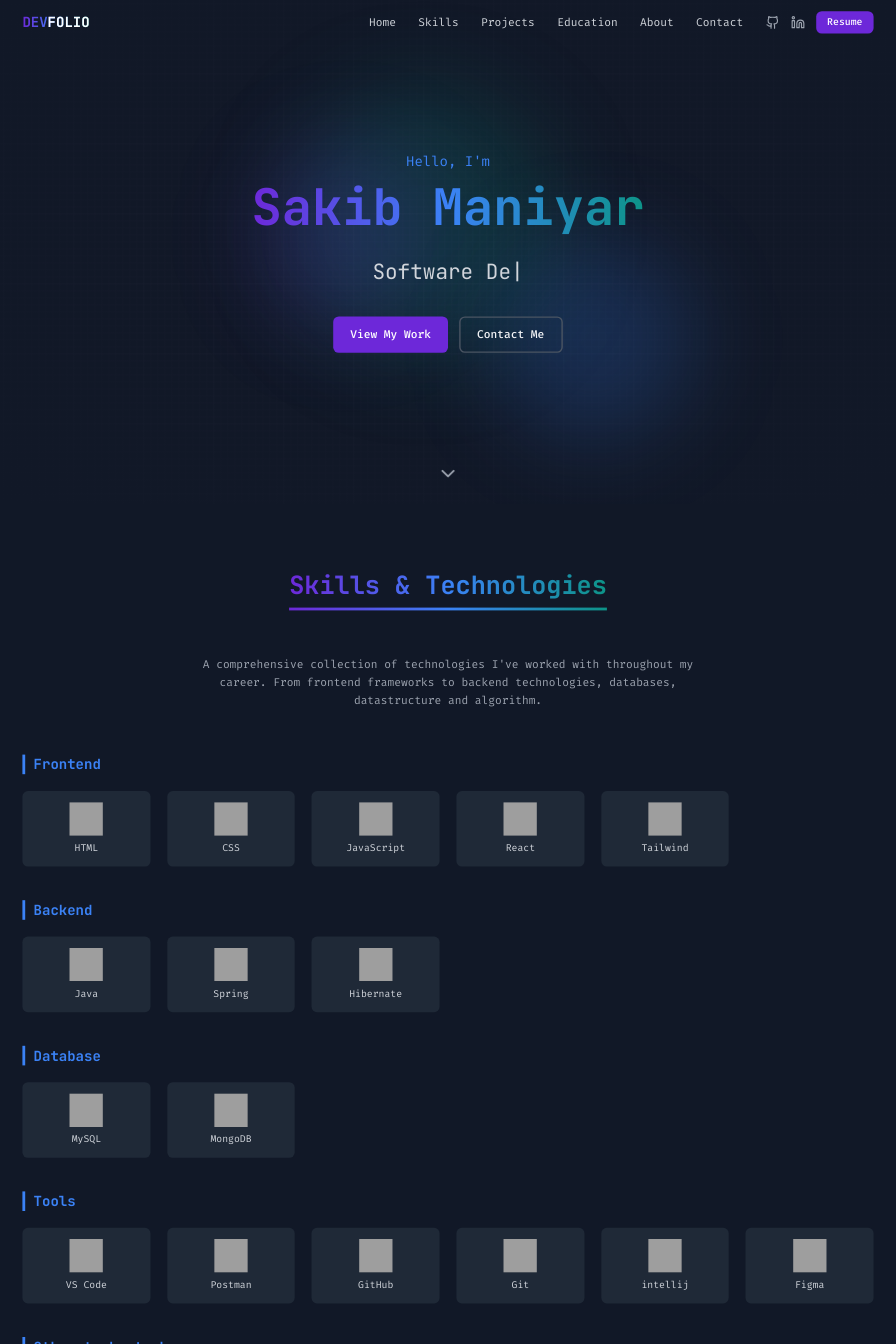
Repository: Saquib45/portfolio
Page: /
These files come from the project's save history. The page is drawn as it stood at one moment and after the next save; the edit follows.
The browser window is 1280 px wide. The pictures show the part of the page from y = 0 to 1920 px (the page is 7649 px tall), at 70% of full size.
Pictures or frames that could not be fetched are drawn as grey boxes. The project was rebuilt for these pictures with package versions that can differ from the ones it lists, and the page was loaded fresh each time. Also part of the build but not shown: vite.config.ts.

Above is the page before, as saved 2025-09-02 14:26:50.

### index.html
<!doctype html>
<html lang="en">
  <head>
    <meta charset="UTF-8" />
    <link rel="icon" type="image/jpeg" href="data:[embedded picture, 17475 characters]" />
    <meta name="viewport" content="width=device-width, initial-scale=1.0" />
    <title>Sakib Portfolio</title>
    <link rel="preconnect" href="https://fonts.googleapis.com">
    <link rel="preconnect" href="https://fonts.gstatic.com" crossorigin>
    <link href="https://fonts.googleapis.com/css2?family=JetBrains+Mono:wght@400;500;700&family=Fira+Code:wght@300;400;500;700&display=swap" rel="stylesheet">
  </head>
  <body>
    <div id="root"></div>
    <script type="module" src="/src/main.tsx"></script>
  </body>
</html>

### src/App.tsx
import React from 'react';
import Navbar from './components/Navbar';
import Hero from './components/Hero';
import Skills from './components/Skills';
import Projects from './components/Projects';
import Education from './components/Education';
import About from './components/About';
import Contact from './components/Contact';
import Footer from './components/Footer';
import FloatingNav from './components/FloatingNav';

function App() {
  return (
    <div className="bg-gray-900 text-gray-100 font-fira">
      <Navbar />
      <main>
        <Hero />
        <Skills />
        <Projects />
        <Education />
        <About />
        <Contact />
      </main>
      <Footer />
      <FloatingNav />
    </div>
  );
}

export default App;

### src/index.css
@tailwind base;
@tailwind components;
@tailwind utilities;

@layer base {
  html {
    scroll-behavior: smooth;
  }

  body {
    @apply bg-gray-900 text-gray-100;
    overflow-x: hidden;
  }

  h1, h2, h3, h4, h5, h6 {
    @apply font-jetbrains font-bold;
  }

  h1 {
    @apply text-4xl md:text-5xl lg:text-6xl;
  }

  h2 {
    @apply text-3xl md:text-4xl;
  }

  h3 {
    @apply text-2xl md:text-3xl;
  }

  p {
    @apply leading-relaxed;
  }
}

@layer components {
  .container-custom {
    @apply container mx-auto px-4 sm:px-6 lg:px-8 max-w-7xl;
  }

  .gradient-text {
    @apply bg-clip-text text-transparent bg-gradient-to-r from-primary via-accent to-secondary;
  }

  .section-padding {
    @apply py-16 md:py-24;
  }

  .section-title {
    @apply text-3xl md:text-4xl font-bold mb-12 text-center relative pb-4 inline-block;
  }

  .section-title::after {
    content: '';
    @apply absolute bottom-0 left-0 w-full h-1 bg-gradient-to-r from-primary via-accent to-secondary;
  }

  .card {
    @apply bg-gray-800 rounded-lg p-6 transition-all;
  }

  .btn {
    @apply inline-flex items-center justify-center px-6 py-3 rounded-lg font-medium transition-all duration-300 focus:outline-none focus:ring-2 focus:ring-offset-2 focus:ring-offset-gray-900;
  }

  .btn-primary {
    @apply bg-primary hover:bg-primary-600 text-white focus:ring-primary;
  }

  .btn-secondary {
    @apply bg-secondary hover:bg-secondary-600 text-white focus:ring-secondary;
  }

  .btn-accent {
    @apply bg-accent hover:bg-accent-600 text-white focus:ring-accent;
  }

  .btn-outline {
    @apply border-2 border-gray-600 hover:border-primary hover:text-primary focus:ring-primary;
  }

  .input {
    @apply block w-full px-4 py-3 bg-gray-800 border border-gray-700 rounded-lg focus:outline-none focus:ring-2 focus:ring-primary focus:border-transparent transition-colors;
  }
}

/* Scroll animations */
.fade-in-section {
  opacity: 0;
  transform: translateY(20px);
  transition: opacity 0.6s ease-out, transform 0.6s ease-out;
}

.fade-in-section.is-visible {
  opacity: 1;
  transform: translateY(0);
}

/* Project card hover effect */
.project-card {
  transition: transform 0.3s ease, box-shadow 0.3s ease;
}

.project-card:hover {
  transform: translateY(-5px);
  box-shadow: 0 10px 20px rgba(0, 0, 0, 0.2);
}

/* Cursor animation */
.cursor {
  display: inline-block;
  width: 2px;
  height: 1em;
  background-color: currentColor;
  margin-left: 2px;
  animation: blink 1s infinite;
}

@keyframes blink {
  0%, 100% { opacity: 1; }
  50% { opacity: 0; }
}

/* Skill card hover effect */
.skill-card {
  transition: all 0.3s ease;
}

.skill-card:hover {
  transform: translateY(-5px);
  box-shadow: 0 0 15px rgba(109, 40, 217, 0.5);
}

### src/components/Hero.tsx
import React from 'react';
import { motion } from 'framer-motion';
import { TypeAnimation } from 'react-type-animation';
import { ChevronDown } from 'lucide-react';
import { Link } from 'react-scroll';

const Hero: React.FC = () => {
  return (
    <section
      id="hero"
      className="relative min-h-screen flex items-center justify-center bg-hero-pattern bg-gray-900 overflow-hidden"
    >
      <div className="absolute inset-0 bg-gradient-radial from-transparent to-gray-900 z-0"></div>

      {/* Animated Background Elements */}
      <div className="absolute inset-0 z-0">
        <motion.div
          className="absolute top-1/4 left-1/4 w-64 h-64 bg-primary/20 rounded-full blur-3xl"
          animate={{
            x: [0, 50, 0],
            y: [0, 30, 0],
          }}
          transition={{
            duration: 15,
            repeat: Infinity,
            ease: "easeInOut"
          }}
        />
        <motion.div
          className="absolute bottom-1/3 right-1/3 w-96 h-96 bg-secondary/20 rounded-full blur-3xl"
          animate={{
            x: [0, -70, 0],
            y: [0, 40, 0],
          }}
          transition={{
            duration: 18,
            repeat: Infinity,
            ease: "easeInOut",
            delay: 1
          }}
        />
        <motion.div
          className="absolute top-1/2 right-1/4 w-72 h-72 bg-accent/20 rounded-full blur-3xl"
          animate={{
            x: [0, 60, 0],
            y: [0, -40, 0],
          }}
          transition={{
            duration: 20,
            repeat: Infinity,
            ease: "easeInOut",
            delay: 2
          }}
        />
      </div>

      <div className="container-custom relative z-10">
        <motion.div
          className="text-center"
          initial={{ opacity: 0, y: 20 }}
          animate={{ opacity: 1, y: 0 }}
          transition={{ duration: 0.8 }}
        >
          <motion.p
            className="text-lg md:text-xl text-accent mb-4"
            initial={{ opacity: 0 }}
            animate={{ opacity: 1 }}
            transition={{ delay: 0.2, duration: 0.8 }}
          >
            Hello, I'm
          </motion.p>

          <motion.h1
            className="text-4xl md:text-6xl lg:text-7xl font-bold mb-6"
            initial={{ opacity: 0 }}
            animate={{ opacity: 1 }}
            transition={{ delay: 0.4, duration: 0.8 }}
          >
            <span className="gradient-text">Sakib Maniyar</span>
          </motion.h1>

          <motion.div
            className="text-xl md:text-3xl text-gray-300 mb-8 h-16 flex justify-center items-center"
            initial={{ opacity: 0 }}
            animate={{ opacity: 1 }}
            transition={{ delay: 0.6, duration: 0.8 }}
          >
            <TypeAnimation
              sequence={[
                'Fullstack Developer',
                2000,
                'Software Developer',
                2000,
                'Problem Solver',
                2000,
                'Code Craftsman',
                2000,
              ]}
              speed={50}
              repeat={Infinity}
              className="font-jetbrains"
            />
          </motion.div>

          <motion.div
            className="flex flex-col sm:flex-row justify-center gap-4"
            initial={{ opacity: 0 }}
            animate={{ opacity: 1 }}
            transition={{ delay: 0.8, duration: 0.8 }}
          >
            <Link
              to="projects"
              smooth={true}
              duration={800}
              offset={-70}
              className="btn btn-primary"
            >
              View My Work
            </Link>
            <Link
              to="contact"
              smooth={true}
              duration={800}
              offset={-70}
              className="btn btn-outline"
            >
              Contact Me
            </Link>
          </motion.div>
        </motion.div>
      </div>

      <div className="absolute bottom-8 left-1/2 transform -translate-x-1/2 z-10">
        <motion.div
          animate={{ y: [0, 10, 0] }}
          transition={{
            duration: 1.5,
            repeat: Infinity,
            ease: "easeInOut"
          }}
        >
          <Link
            to="skills"
            smooth={true}
            duration={800}
            className="cursor-pointer"
          >
            <ChevronDown className="w-8 h-8 text-gray-400 hover:text-white transition-colors" />
          </Link>
        </motion.div>
      </div>
    </section>
  );
};

export default Hero;

### src/components/Education.tsx
import React from 'react';
import { motion } from 'framer-motion';
import { useInView } from 'react-intersection-observer';

interface EducationItem {
  degree: string;
  institution: string;
  period: string;
  description: string;
}

const Education: React.FC = () => {
  const [ref, inView] = useInView({
    triggerOnce: true,
    threshold: 0.1,
  });

  const containerVariants = {
    hidden: { opacity: 0 },
    visible: {
      opacity: 1,
      transition: {
        staggerChildren: 0.3,
      },
    },
  };

  const itemVariants = {
    hidden: { x: -50, opacity: 0 },
    visible: {
      x: 0,
      opacity: 1,
      transition: { duration: 0.6, ease: "easeOut" },
    },
  };

  const education: EducationItem[] = [
    // {
    //   degree: "Master of Science in Computer Science",
    //   institution: "Stanford University",
    //   period: "2019 - 2021",
    //   description: "Specialized in Artificial Intelligence and Machine Learning. Completed thesis on 'Neural Network Optimization Techniques for Real-time Applications'."
    // },
    {
      degree: "Bachelor of Technology in Electronics and Telecommunication Engineering",
      institution: "Shri Guru Gobind Singhji Institute  Of Engineering And Information Technology",
      period: "2022-2026",
      description: "I am currently in my third year of engineering, actively pursuing a degree in Electronics and Telecommunication Engineering.With a strong academic foundation, I have maintained a CGPA of 8.3 so far.I'm passionate about technology and constantly working to enhance my skills in software development."
    },
    {
      degree: "Data Structure And Algorithm | Full Stack Web Development",
      institution: "Coding Academy",
      period: "Regularly",
      description: "My learning journey began with mastering Data Structures and Algorithms, building a strong foundation in problem-solving and logic.Alongside, I explored Web Development, gaining hands-on experience with HTML, CSS, JavaScript, and modern frameworks like React and Spring Boot.This combination has helped me grow as a well-rounded developer, capable of building efficient and dynamic applications."
    },
  ];

  return (
    <section id="education" className="section-padding bg-gray-900 relative overflow-hidden">
      <div className="container-custom">
        <div className="text-center mb-16">
          <h2 className="section-title inline-block">
            <span className="gradient-text">Education</span>
          </h2>
          <p className="mt-4 text-gray-400 max-w-3xl mx-auto">
            My academic journey and qualifications that have shaped my understanding of computer science and software development.
          </p>
        </div>

        {/* Decorative code background */}
        <div className="absolute inset-0 opacity-5 text-xs font-mono overflow-hidden pointer-events-none">
          {Array.from({ length: 50 }).map((_, i) => (
            <div key={i} className="whitespace-nowrap">
              {`function algorithm${i}() { const data = processInput(); return optimize(transform(data)); }`}
            </div>
          ))}
        </div>

        <motion.div
          ref={ref}
          variants={containerVariants}
          initial="hidden"
          animate={inView ? "visible" : "hidden"}
          className="relative z-10 max-w-3xl mx-auto"
        >
          <div className="absolute left-6 top-6 bottom-6 w-1 bg-gradient-to-b from-primary via-accent to-secondary"></div>

          {education.map((item, index) => (
            <motion.div
              key={index}
              variants={itemVariants}
              className="mb-12 ml-12 relative"
            >
              <div className="absolute -left-16 top-0 w-8 h-8 bg-gray-800 border-4 border-primary rounded-full"></div>
              <div className="bg-gray-800 rounded-lg p-6 hover:shadow-lg transition-shadow">
                <span className="inline-block px-3 py-1 text-xs font-semibold text-white bg-primary rounded-full mb-3">
                  {item.period}
                </span>
                <h3 className="text-xl font-bold mb-2">{item.degree}</h3>
                <h4 className="text-lg text-accent mb-3">{item.institution}</h4>
                <p className="text-gray-400">{item.description}</p>
              </div>
            </motion.div>
          ))}
        </motion.div>

        {/* <div className="mt-12 text-center relative z-10">
          <a
            href="#"
            className="inline-flex items-center text-accent hover:text-primary transition-colors"
          >
            <span>View Certifications</span>
            <svg
              xmlns="http://www.w3.org/2000/svg"
              className="h-4 w-4 ml-2"
              fill="none"
              viewBox="0 0 24 24"
              stroke="currentColor"
            >
              <path
                strokeLinecap="round"
                strokeLinejoin="round"
                strokeWidth={2}
                d="M9 5l7 7-7 7"
              />
            </svg>
          </a>
        </div> */}
      </div>
    </section>
  );
};

export default Education;

### src/components/Footer.tsx
import React from 'react';
import { Github, Linkedin, ArrowUp } from 'lucide-react';
import { Link } from 'react-scroll';

const Footer: React.FC = () => {
  const currentYear = new Date().getFullYear();

  return (
    <footer className="bg-gray-950 pt-16 pb-6 relative">
      <div className="container-custom">
        <div className="grid grid-cols-1 md:grid-cols-2 lg:grid-cols-4 gap-8 mb-12">
          <div>
            <h4 className="text-xl font-bold mb-4 gradient-text">
              DEVFOLIO
            </h4>
            <p className="text-gray-400 mb-4">
              Software developer specializing in building exceptional digital experiences.
            </p>
            <div className="flex space-x-4">
              <a
                href="https://github.com/Saquib45"
                target="_blank"
                rel="noopener noreferrer"
                className="text-gray-400 hover:text-primary transition-colors"
                aria-label="GitHub"
              >
                <Github size={20} />
              </a>
              <a
                href="https://www.linkedin.com/in/saquibmaniyar10/"
                target="_blank"
                rel="noopener noreferrer"
                className="text-gray-400 hover:text-accent transition-colors"
                aria-label="LinkedIn"
              >
                <Linkedin size={20} />
              </a>
            </div>
          </div>

          <div>
            <h4 className="text-lg font-bold mb-4">Navigation</h4>
            <ul className="space-y-2">
              {['Home', 'Skills', 'Projects', 'Education', 'About', 'Contact'].map((item) => (
                <li key={item}>
                  <Link
                    to={item.toLowerCase()}
                    smooth={true}
                    duration={500}
                    offset={-70}
                    className="text-gray-400 hover:text-primary transition-colors cursor-pointer"
                  >
                    {item}
                  </Link>
                </li>
              ))}
            </ul>
          </div>

          <div>
            <h4 className="text-lg font-bold mb-4">Services</h4>
            <ul className="space-y-2">
              {['Software Development','Big Data Engineering','Web Development', 'Frontend Design', 'Backend Systems', 'API Development', 'Database Design'].map((item) => (
                <li key={item}>
                  <span className="text-gray-400 cursor-default">{item}</span>
                </li>
              ))}
            </ul>
          </div>

          <div>
            <h4 className="text-lg font-bold mb-4">Contact</h4>
            <ul className="space-y-2 text-gray-400">
              <li>Maharashtra,India</li>
              <li>saquibmaniyart@gmail.com</li>
              <li>+91 9960844980</li>
            </ul>
          </div>
        </div>

        <div className="border-t border-gray-800 pt-6 mt-6 flex flex-col sm:flex-row justify-between items-center">
          <p className="text-gray-500 text-sm mb-4 sm:mb-0">
            &copy; {currentYear} Sakib Maniyar. All rights reserved.
          </p>
          <Link
            to="hero"
            smooth={true}
            duration={800}
            className="p-3 bg-gray-800 rounded-full text-gray-400 hover:text-white transition-colors cursor-pointer"
            aria-label="Back to top"
          >
            <ArrowUp size={20} />
          </Link>
        </div>
      </div>
    </footer>
  );
};

export default Footer;

### src/components/FloatingNav.tsx
import React, { useState, useEffect } from 'react';
import { Link } from 'react-scroll';
import { Home, Code, Briefcase, GraduationCap, User, Mail, Menu, X } from 'lucide-react';

const FloatingNav: React.FC = () => {
  const [isVisible, setIsVisible] = useState(false);
  const [isOpen, setIsOpen] = useState(false);

  useEffect(() => {
    const toggleVisibility = () => {
      if (window.scrollY > 300) {
        setIsVisible(true);
      } else {
        setIsVisible(false);
        setIsOpen(false);
      }
    };

    window.addEventListener('scroll', toggleVisibility);
    return () => window.removeEventListener('scroll', toggleVisibility);
  }, []);

  const toggleMenu = () => {
    setIsOpen(!isOpen);
  };

  const navItems = [
    { name: 'Home', icon: <Home size={18} />, target: 'hero' },
    { name: 'Skills', icon: <Code size={18} />, target: 'skills' },
    { name: 'Projects', icon: <Briefcase size={18} />, target: 'projects' },
    { name: 'Education', icon: <GraduationCap size={18} />, target: 'education' },
    { name: 'About', icon: <User size={18} />, target: 'about' },
    { name: 'Contact', icon: <Mail size={18} />, target: 'contact' },
  ];

  if (!isVisible) return null;

  return (
    <div className="fixed bottom-6 right-6 z-50">
      <button
        onClick={toggleMenu}
        className={`w-12 h-12 rounded-full flex items-center justify-center ${
          isOpen ? 'bg-primary text-white' : 'bg-gray-800 text-white'
        } shadow-lg hover:shadow-xl transition-all duration-300 focus:outline-none`}
        aria-label={isOpen ? 'Close navigation menu' : 'Open navigation menu'}
      >
        {isOpen ? <X size={20} /> : <Menu size={20} />}
      </button>

      {isOpen && (
        <div className="absolute right-0 bottom-16 p-2 bg-gray-800 rounded-lg shadow-xl">
          <ul className="space-y-2">
            {navItems.map((item) => (
              <li key={item.name}>
                <Link
                  to={item.target}
                  smooth={true}
                  duration={500}
                  offset={-70}
                  onClick={() => setIsOpen(false)}
                  className="flex items-center px-4 py-2 rounded-lg hover:bg-gray-700 text-gray-300 hover:text-white transition-colors cursor-pointer"
                >
                  <span className="mr-3">{item.icon}</span>
                  <span>{item.name}</span>
                </Link>
              </li>
            ))}
          </ul>
        </div>
      )}
    </div>
  );
};

export default FloatingNav;

Loaded but not shown: src/main.tsx (common file); tailwind.config.js (68 lines, source omitted); src/components/Contact.tsx (532 lines, source omitted); src/components/Skills.tsx (144 lines, source omitted); src/components/Projects.tsx (163 lines, source omitted); src/components/Navbar.tsx (176 lines, source omitted); src/components/About.tsx (115 lines, source omitted)

After the next save:
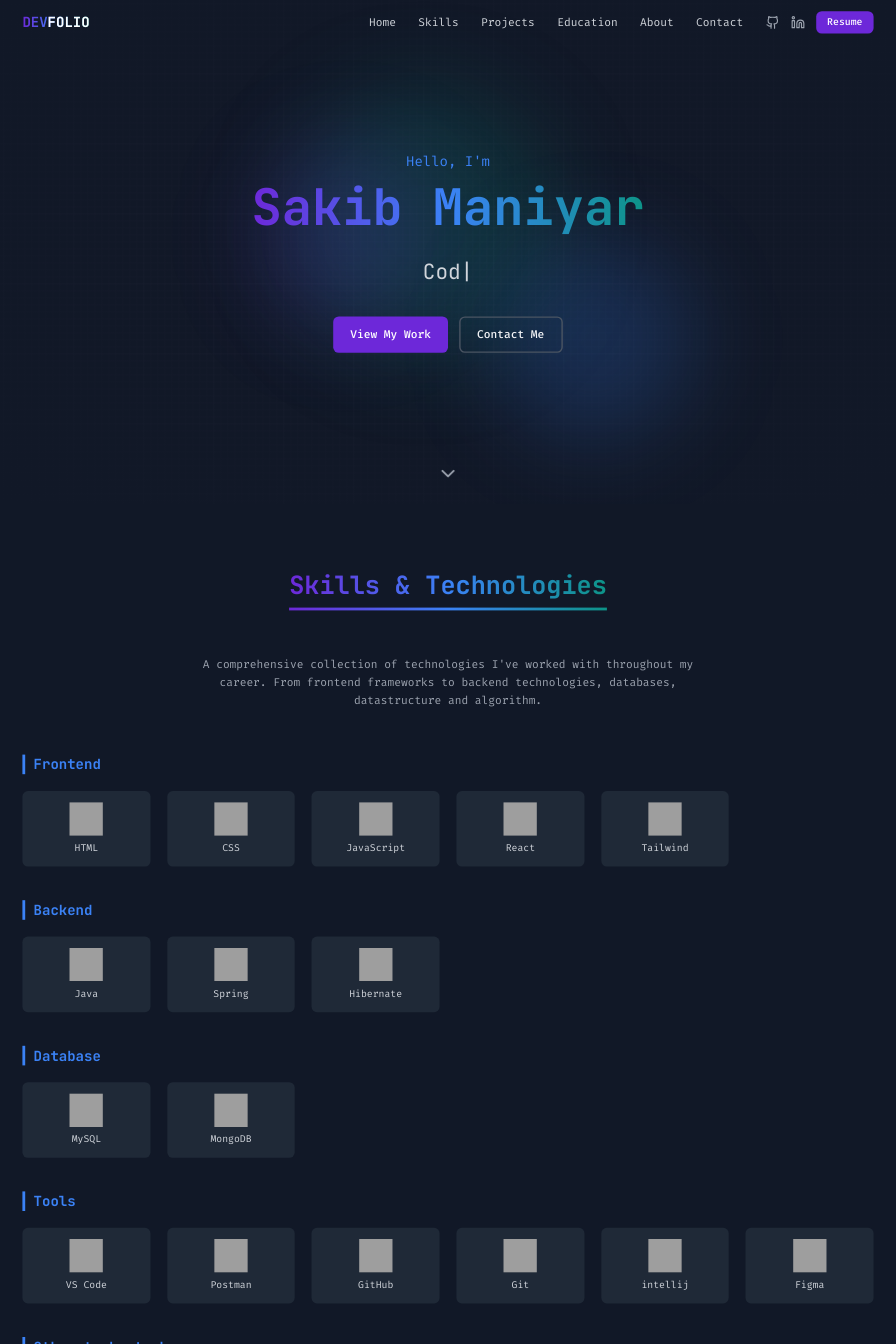
Saved 44 s later.
--- a/src/components/Hero.tsx
+++ b/src/components/Hero.tsx
@@ -89,6 +89,8 @@ const Hero: React.FC = () => {
               sequence={[
                 'Fullstack Developer',
                 2000,
+                'Code Craftsman',
+                2000,
                 'Software Developer',
                 2000,
                 'Problem Solver',
